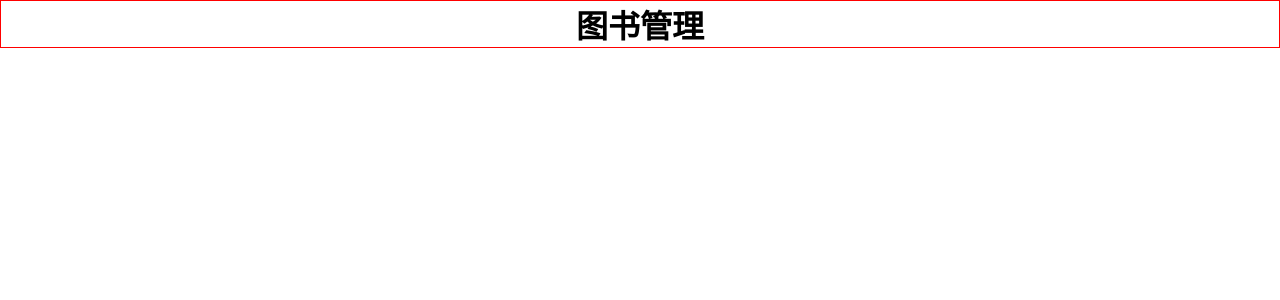
Repository: chenguocan/Vue_demo_1
Page: vue_demo_03/图书管理.html
The author's editor kept a copy of each file at every save. The page is drawn from the files as they stood at one save, then again after the next save.
The browser window is 1280 px wide. The pictures show the whole page.

Above is the page before, as saved 2020-07-21 15:55:14.

After the next save:
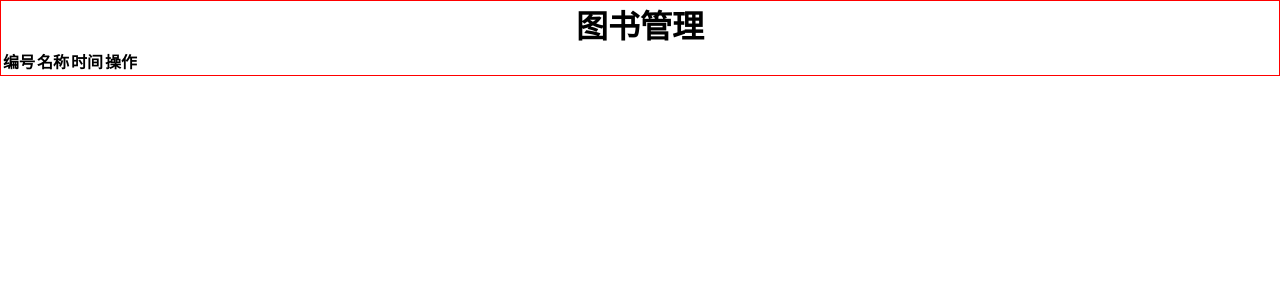
Saved 2 min 6 s later.
--- a/vue_demo_03/图书管理.html
+++ b/vue_demo_03/图书管理.html
@@ -19,6 +19,16 @@
   <body>
     <div class="book">
       <h1>图书管理</h1>
+      <table>
+        <thead>
+          <tr>
+            <th>编号</th>
+            <th>名称</th>
+            <th>时间</th>
+            <th>操作</th>
+          </tr>
+        </thead>
+      </table>
     </div>
   </body>
   <script src="./js/vue.js"></script>
